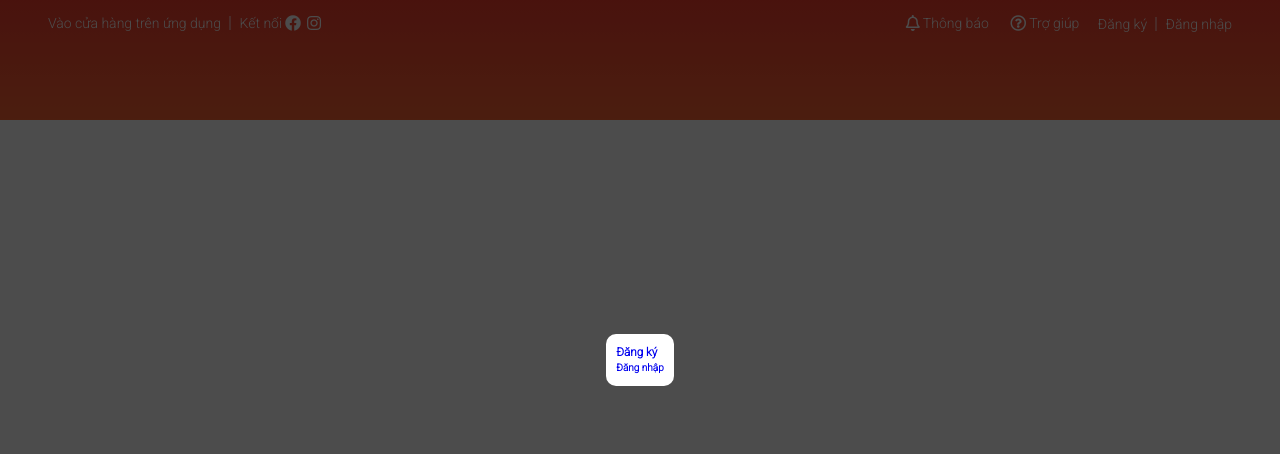
Repository: kebinh1235/Shopee-Demo
Page: index.html
The author's editor kept a copy of each file at every save. The page is drawn from the files as they stood at one save, then again after the next save.
The browser window is 1280 px wide. The pictures show the whole page.

Above is the page before, as saved 2021-10-01 22:00:50.

### index.html
<!DOCTYPE html>
<html lang="en">

<head>
  <meta charset="UTF-8">
  <meta http-equiv="X-UA-Compatible" content="IE=edge">
  <meta name="viewport" content="width=device-width, initial-scale=1.0">
  <title>F8 Shop</title>
  <link rel="stylesheet" href="./asset/css/main.css">
  <link rel="stylesheet" href="./asset/css/base.css">
  <link rel="stylesheet" href="https://cdnjs.cloudflare.com/ajax/libs/font-awesome/5.15.4/css/all.min.css">
</head>

<body>
  <div class="app">
    <header class="header">
      <div class="grid">
        <nav class="header__navbar">
          <ul class="header__navbar-list">
            <li class="header__navbar-item header__item-separator">
              Vào cửa hàng trên ứng dụng
              <div class="header__navbar-QRCode">
                <div class="header__navbar-QRCode-img">
                  <img
                    src="https://upload.wikimedia.org/wikipedia/commons/thumb/d/d0/QR_code_for_mobile_English_Wikipedia.svg/1200px-QR_code_for_mobile_English_Wikipedia.svg.png"
                    alt="">
                </div>
                <div class="header__navbar-QRCode-social">
                  <a class="header__navbar-QRCode-link" href="#">
                    <i class="fab fa-google header__navbar-QRCode-icon-google"></i>
                    <span class="header__navbar-QRCode-title-google">Google</span>
                  </a>
                  <a class="header__navbar-QRCode-link" href="#">
                    <i class="fab fa-facebook header__navbar-QRCode-icon-facebook"></i>
                    <span class="header__navbar-QRCode-title-facebook">Facebook</span>
                  </a>
                </div>
              </div>
            </li>
            <li class="header__navbar-item">
              <span class="user__select-none">Kết nối</span>
              <a class="header__navbar-link-icon" href="#">
                <i class="fab fa-facebook header__navbar-icon"></i>
              </a>
              <a class="header__navbar-link-icon" href="#">
                <i class="fab fa-instagram header__navbar-icon"></i>
              </a>
            </li>
          </ul>
          <ul class="header__navbar-list">
            <li class="header__navbar-item">
              <a href="#" class="header__navbar-link">
                <i class="far fa-bell header__navbar-icon"></i>
                Thông báo
              </a>
              <div class="header__navbar-notification">
                <div class="header__navbar-noti-heading">
                  <h3>Thông báo nhận hàng</h3>
                </div>
                <ul class="header__navbar-noti-list">
                  <li class="header__navbar-noti-list-item header__navbar-noti-list-viewd">
                    <a class="header__navbar-noti-list-link" href="#">
                      <img src="https://www.oberlo.com/media/1603958036-new-products.jpg" alt="">
                      <div class="header_navbar-noti-content">
                        <span class="header_navbar-noti-name">Xác thực chính hãng nguồn gốc các sản phẩm Ohui</span>
                        <span class="header_navbar-noti-description">Xác thực chính hãng nguồn gốc các sản phẩm
                          Ohui</span>
                      </div>
                    </a>
                  </li>
                  <li class="header__navbar-noti-list-item header__navbar-noti-list-viewd">
                    <a class="header__navbar-noti-list-link" href="#">
                      <img src="https://www.oberlo.com/media/1603958036-new-products.jpg" alt="">
                      <div class="header_navbar-noti-content">
                        <span class="header_navbar-noti-name">Xác thực chính hãng nguồn gốc các sản phẩm Ohui</span>
                        <span class="header_navbar-noti-description">Xác thực chính hãng nguồn gốc các sản phẩm
                          Ohui</span>
                      </div>
                    </a>
                  </li>
                  <li class="header__navbar-noti-list-item">
                    <a class="header__navbar-noti-list-link" href="#">
                      <img src="https://www.oberlo.com/media/1603958036-new-products.jpg" alt="">
                      <div class="header_navbar-noti-content">
                        <span class="header_navbar-noti-name">Xác thực chính hãng nguồn gốc các sản phẩm Ohui</span>
                        <span class="header_navbar-noti-description">Xác thực chính hãng nguồn gốc các sản phẩm
                          Ohui</span>
                      </div>
                    </a>
                  </li>
                </ul>
                <div class="header__navbar-noti-footer">
                  <a class="header__navbar-noti-footer-link" href="#">Xem tất cả</a>
                </div>
              </div>
            </li>
            <li class="header__navbar-item">
              <a href="#" class="header__navbar-link">
                <i class="far fa-question-circle header__navbar-icon"></i>
                Trợ giúp
              </a>
            </li>
            <li class="header__navbar-item">
              <a href="#" class="header__navbar-link header__item-bold header__item-separator">Đăng ký</a>
            </li>
            <li class="header__navbar-item">
              <a href="#" class="header__navbar-link header__item-bold">Đăng nhập</a>
            </li>
          </ul>
        </nav>
      </div>
    </header>

    <div class="container">

    </div>

    <div class="footer">

    </div>
    <!--Modal-->
    <div class="modal">
      <div class="modal__overlay"></div>
      <div class="modal__body">
        <div class="modal__inner">
          <div class="auth__form">
            <div class="auth__form-heading">
              <a class="auth__form-heading-link" href="#">
                <h3>Đăng ký</h3>
              </a>
              <a class="auth__form-heading-link" href="#">
                <h4>Đăng nhập</h4>
              </a>
            </div>
            <div class="auth__form-form">
              <div class="auth__form-group">

              </div>
            </div>
            <div class="auth__form-note">

            </div>
            <div class="auth__form-controls">

            </div>
            <div class="auth__form-social">

            </div>
          </div>
        </div>
      </div>
    </div>
  </div>
</body>

</html>

### asset/css/main.css
.header {
  height: 120px;
  background: linear-gradient(0, #fe6433, #f53e2d)
}
.header__navbar {
  display: flex;
  justify-content: space-between;
  padding: 10px 0;
}
.header__navbar-QRCode{
  background: white;
  height: 200px;
  position: absolute;
  top: 30px;
  padding: 10px;
  display: none;
  animation: fadeIn ease-out .8s;
}
.header__navbar-item:hover .header__navbar-QRCode {
  display: block;
}
.header__navbar-item:hover .header__navbar-notification {
  display: block;
}
.header__navbar-QRCode-img{
  width: 160px;
}
.header__navbar-QRCode-img img {
  width: 100%;
}
.header__navbar-QRCode-social {
  display: flex;
  align-items: center;
  justify-content: space-between;
}
.header__navbar-QRCode-social:before {
  content: '';
  position: absolute;
  top: -8px;
  left: 0;
  width: 100%;
  height: 10px;
  background: transparent;
}
.header__navbar-QRCode-link {
  font-size: 1.4rem;
  color: var(--text-color);
}
.header__navbar-QRCode-title-google:hover {
  color: #ff1100;
  transition: var(--transition-primary);
}
.header__navbar-QRCode-title-facebook:hover {
  color: blue;
  transition: var(--transition-primary);
}
.header__navbar-QRCode-icon-google {
  color: #ff1100;
}
.header__navbar-QRCode-icon-facebook {
  color: blue;
}
.header__navbar-list {
  list-style: none;
}
.header__navbar-item {
  margin: 0 8px;
  position: relative;
  min-height: 26px;
}
.header__item-separator::after {
  content: '';
  position: absolute;
  right: -10px;
  top: 50%;
  transform: translateY(-50%);
  height: 12px;
  border: 1px solid #FB9086;
}
.header__navbar-item,
.header__navbar-link {
  display: inline-block;
  font-size: 1.4rem;
  color: var(--white-color);
  text-decoration: none;
  font-weight: 300;
}
.header__navbar-item:hover,
.header__navbar-link:hover,
.header__navbar-link-icon:hover {
  cursor: pointer;
  color: rgba(255, 255, 255, 0.7);
}
.header__navbar-item,
.header__navbar-link,
.header__navbar-link-icon {
  display: inline-flex;
  align-items: center;
}
.header__navbar-link-icon {
  color: var(--white-color);
}
.header__navbar-icon {
  font-size: 1.6rem;
  margin: 0 3px;
}
.header__item-bold {
  font-weight: 500;
}
.user__select-none {
  cursor: text;
  color: var(--white-color);
}
.header__navbar-notification{
  position: absolute;
  top: 35px;
  right: 0;
  width: 404px;
  background: var(--white-color);
  display: none;
  box-shadow: rgba(0, 0, 0, 0.16) 0px 1px 4px;
  animation: growthUp ease-in .3s;
  will-change: opacity, transform, scale;
  transform-origin: calc(100% - 20px) top;
}
.header__navbar-notification:before {
  content: "";
  position: absolute;
  top: -10px;
  right: 0;
  width: 100%;
  background: transparent;
  height: 15px;
}
.header__navbar-notification:after {
  content: "";
  position: absolute;
  top: -32px;
  right: 10px;
  border: 20px solid #000;
  border-color: transparent transparent var(--white-color) transparent;
}
.header__navbar-noti-heading{
  padding: 10px;
  box-shadow: rgba(0, 0, 0, 0.16) 0px 1px 4px;
  cursor: default;
}
.header__navbar-noti-heading h3 {
  font-size: 1.6rem;
  color: var(--text-color);
}
.header__navbar-noti-list{
  list-style: none;
  box-shadow: rgba(0, 0, 0, 0.16) 0px 1px 1px;
}
.header__navbar-noti-list-item{
  padding: 8px 10px;
}
.header__navbar-noti-list-viewd{
  background: #ffe3e3;
}
.header__navbar-noti-list-item:hover{
  background: #f3c8c8;
  transition: var(--transition-primary);
}
.header__navbar-noti-list-link{
  display: inline-flex;
  align-items: center;
}
.header__navbar-noti-list-link img{
  width: 60px;
  object-fit: contain;
}
.header_navbar-noti-content{
  padding-left: 10px;
}
.header_navbar-noti-name{
  font-size: 1.4rem;
  font-weight: bold;
  color: var(--text-color);
  margin-bottom: 5px;
  line-height: 2rem;
  text-align: justify;
  display: block;
}
.header_navbar-noti-description{
  font-size: 1.3rem;
  color: var(--text-color-rgb-black);
  display: block;
}
.header__navbar-noti-footer{
  padding: 10px;
  text-align: center;
  box-shadow: rgba(0, 0, 0, 10px) 0px 1px 1px;
}
.header__navbar-noti-footer-link{
  color: var(--text-color-rgb-black);
}

/*Start Modal*/
.modal{
  position: fixed;
  /* top: 0;
  right: 0;
  bottom: 0;
  left: 0; */
  inset: 0;
  display: flex;
}
.modal__overlay{
  position: absolute;
  width: 100%;
  height: 100%;
  background: rgba(0, 0, 0, 0.7);
}
.modal__body{
  margin: auto;
  background: var(--white-color);
  overflow: hidden;
  z-index: 1;
  border-radius: 10px;
}
.modal__inner{
  padding: 10px;
}
.auth__form{

}
.auth__form-header{

}
.auth__form-heading{

}
.authb__form-btn-switch{

}
.auth__form-form{

}
.auth__form-group{

}
.auth__form-note{

}
.auth__form-controls{

}
.auth__form-social{

}

/*End Modal*/

### asset/css/base.css
@import url('https://fonts.googleapis.com/css2?family=Roboto:wght@300&display=swap');
:root {
  --white-color: #fff;
  --black-color: #000;
  --text-color: #333;
  --text-color-rgb-black: rgba(0, 0, 0, 0.7);
  --transition-primary: all .2s linear;
}

* {
  margin: 0;
  padding: 0;
  box-sizing: inherit;
  text-decoration: none;
}

html {
  font-size: 62.5%;
  line-height: 1.6rem;
  border: none;
  outline: none;
  overflow: hidden;
  box-sizing: border-box;
  font-family: 'Roboto', sans-serif;
}

.grid {
  width: 1200px;
  max-width: 100%;
  margin: 0 auto;
}

.grid__full-width {
  width: 100%;
}

.grid__row {
  display: flex;
  flex-wrap: wrap;
}

/*Animation*/
@keyframes fadeIn {
  0% {
    opacity: 0;
  }
  100% {
    opacity: 1;
  }
}

@keyframes growthUp {
  0% {
    opacity: 0;
    transform: scale(0);
  }
  100% {
    opacity: 1;
    transform: scale(1);
  }
}

After the next save:
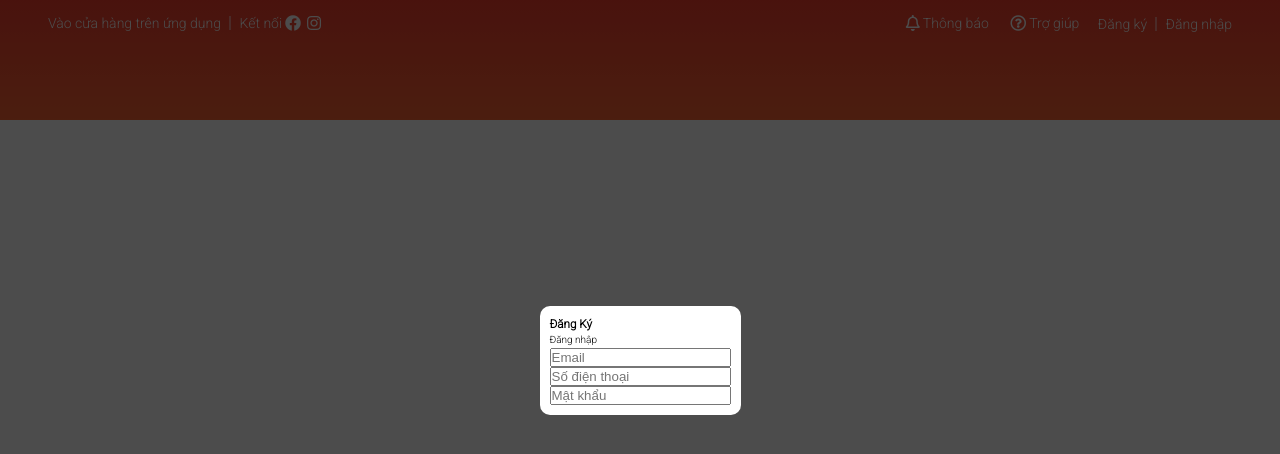
Saved 3 min 58 s later.
--- a/index.html
+++ b/index.html
@@ -124,17 +124,19 @@
       <div class="modal__body">
         <div class="modal__inner">
           <div class="auth__form">
-            <div class="auth__form-heading">
-              <a class="auth__form-heading-link" href="#">
-                <h3>Đăng ký</h3>
-              </a>
-              <a class="auth__form-heading-link" href="#">
-                <h4>Đăng nhập</h4>
-              </a>
+            <div class="auth__form-header">
+                <h3 class="auth__form-heading">Đăng Ký</h3>
+                <span class="authb__form-btn-switch">Đăng nhập</span>
             </div>
             <div class="auth__form-form">
               <div class="auth__form-group">
-
+                <input class="auth__form-input" type="text" placeholder="Email">
+              </div>
+              <div class="auth__form-group">
+                <input class="auth__form-input" type="text" placeholder="Số điện thoại">
+              </div>
+              <div class="auth__form-group">
+                <input class="auth__form-input" type="text" placeholder="Mật khẩu">
               </div>
             </div>
             <div class="auth__form-note">
